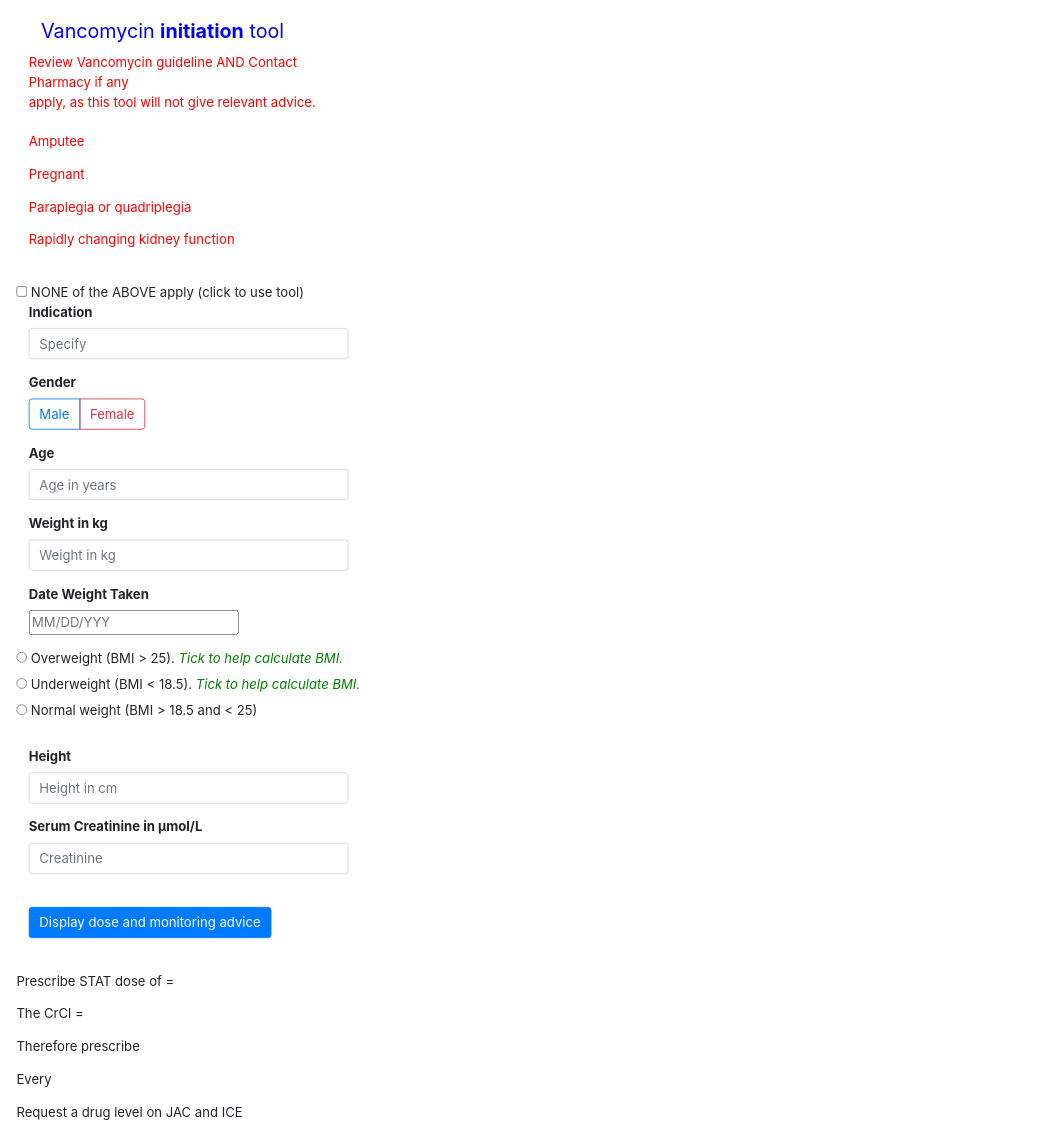
Repository: Mismiles/project-clinical-calculator
Page: index.html
The author's editor kept a record of every edit. The page is drawn from the files as they stood at one moment, then again after the next edit.
The browser window is 1280 px wide. The pictures show the whole page, at 82% of full size.

Above is the page before.

### index.html
<!doctype html>
<html lang="en">
  <head>
    <!-- Required meta tags -->
    <meta charset="utf-8">
    <meta name="viewport" content="width=device-width, initial-scale=1, shrink-to-fit=no">

    <!-- Bootstrap CSS -->
    <link rel="stylesheet" href="https://stackpath.bootstrapcdn.com/bootstrap/4.3.1/css/bootstrap.min.css" integrity="sha384-ggOyR0iXCbMQv3Xipma34MD+dH/1fQ784/j6cY/iJTQUOhcWr7x9JvoRxT2MZw1T" crossorigin="anonymous">

    <!-- Custom CSS -->
    <link href="css/stylesheet.css" rel="stylesheet">

    <title>Vancomycin calculation tool</title>

  </head>
  <body>

<form name="vanc">
<fieldset>

<!-- Form Name -->
<legend>Vancomycin <b>initiation</b> tool</legend>

<!-- Parameters -->
  <div class="col-lg-4 statement" for="parameters" style="color:red">Review Vancomycin guideline AND Contact Pharmacy if any<br> apply, as this tool will not give relevant advice.
    <br>
    <br>
    <p>Amputee</p>
    <p>Pregnant</p>
    <p>Paraplegia or quadriplegia</p>
    <p>Rapidly changing kidney function</p>
	</div>


<!-- Safe to use tool-->
	<br>
      <input type="checkbox" name="parameters" id="showform" onclick="displayForm()">
      NONE of the ABOVE apply (click to use tool)
  </div>
</div>


<section id='vancform'>
<!-- Indication-->
<div class="form-group">
  <label class="col-md-4 control-label" for="indication"><b>Indication</b></label>
  <div class="col-md-4">
  <input id="indication" name="indication" type="text" autocomplete="off" placeholder="Specify" class="form-control input-md" required="">
  </div>
</div>

<!-- Gender -->
<div class="form-group" required="">
  <label class="col-md-4 control-label" for="gender"><b>Gender</b></label>
  <div class="col-md-4">
   <div class="btn-group btn-group-toggle" data-toggle="buttons">
  <label class="btn btn-outline-primary">
    <input type="radio" name="options" id="male" autocomplete="off"> Male
  </label>
  <label class="btn btn-outline-danger">
    <input type="radio" name="options" id="female" autocomplete="off"> Female
  </label>
</div>
  </div>
</div>

<!-- Age-->
<div class="form-group">
  <label class="col-md-4 control-label" for="age"><b>Age</b></label>
  <div class="col-md-4">
  <input id="age" name="age" type="text" maxlength="3" placeholder="Age in years" autocomplete="off" class="form-control input-md" required="">
  </div>
</div>

<!-- Weight-->
<div class="form-group">
  <label class="col-md-4 control-label" for="weight"><b>Weight in kg</b></label>
  <div class="col-md-4">
  <input id="weight" name="weight" type="text" maxlength="3" placeholder="Weight in kg" autocomplete="off" class="form-control input-md" required="">
</div>
</div>

<!-- Date picker-->
<div class="form-group"> <!-- Date input -->
        <label class="col-md-4 control-label" for="date"><b>Date Weight Taken</b></label>
          <div class="col-md-4">
        <input id="form-control input-md date" name="date" autocomplete="off" placeholder="MM/DD/YYY" type="text"/>
          </div>
</div>

  <div class="checkbox">
    <label for="parameters-0">
      <input type="radio" name="parameters" id="overweight" value="" onclick="displayHeight()">
      Overweight (BMI &gt; 25). <span style="color:green"><i>Tick to help calculate BMI.</i></span>
    </label>
	</div>
  <div class="checkbox">
    <label for="parameters-1">
      <input type="radio" name="parameters" id="underweight" value="" onclick="displayHeight()">
      Underweight (BMI &lt; 18.5). <span style="color:green"><i>Tick to help calculate BMI.</i></span>
    </label>
	</div>
	 <div class="checkbox">
    <label for="parameters-1">
      <input type="radio" name="parameters" id="normalweight" value="" onclick="displayHeight()">
      Normal weight (BMI &gt; 18.5 and &lt; 25)
    </label>
	</div>
</div>
</div>

<br>
<!-- Height-->
<section id="heightbox">
<div class="form-group">
  <label class="col-md-4 control-label" for="height"><b>Height</b></label>
  <div class="col-md-4">
  <input id="height" name="height" type="text" maxlength="3" autocomplete="off" placeholder="Height in cm" class="form-control input-md" required>
  </div>
</div>
</section>

<!-- Creatinine-->
<div class="form-group">
  <label class="col-md-4 control-label" for="creatinine"><b>Serum Creatinine in µmol/L</b></label>
  <div class="col-md-4">
  <input id="creatinine" name="creatinine" type="text" autocomplete="off" maxlength="3" placeholder="Creatinine" class="form-control input-md" data-bind="value:replyNumber" required="">

  </div>
</div>

<!-- Button -->
<div class="form-group">
  <label class="col-md-4 control-label" for="calculate"></label>
  <div class="col-md-4">
    <script type="text/javascript" src="js/calculation.js"></script>
    <button id="calc" name="calculate" type="submit" class="btn btn-primary" onclick="getAdvice" >Display dose and monitoring advice</button>
  </div>
</div>

</fieldset>
</form>

<br>
<p id="output_text">Prescribe STAT dose of =</p>
<p id="output_text">The CrCl =</p>
<p id="output_text">Therefore prescribe</p>
<p id="output_text">Every <b></b></p>
<p id="output_text">Request a drug level on JAC and ICE</p>
</section>

<!-- Image carousel -->
  <div id="carouselExampleIndicators" class="carousel slide row" data-ride="carousel">
  <ol class="carousel-indicators">
    <li data-target="#carouselExampleIndicators" data-slide-to="0" class="active"></li>
    <li data-target="#carouselExampleIndicators" data-slide-to="1"></li>
    <li data-target="#carouselExampleIndicators" data-slide-to="2"></li>
    <li data-target="#carouselExampleIndicators" data-slide-to="3"></li>
    <li data-target="#carouselExampleIndicators" data-slide-to="4"></li>
    <li data-target="#carouselExampleIndicators" data-slide-to="5"></li>
    <li data-target="#carouselExampleIndicators" data-slide-to="6"></li>
    <li data-target="#carouselExampleIndicators" data-slide-to="7"></li>
    <li data-target="#carouselExampleIndicators" data-slide-to="8"></li>
    <li data-target="#carouselExampleIndicators" data-slide-to="9"></li>
  </ol>
  <div class="carousel-inner">
    <div class="carousel-item active">
      <img class="d-block w-60" src="images/vanc1.jpg" alt="First slide">
    </div>
    <div class="carousel-item">
      <img class="d-block w-60" src="images/app1.jpg" alt="Second slide">
    </div>
    <div class="carousel-item">
      <img class="d-block w-60" src="images/app2.jpg" alt="Third slide">
    </div>
    <div class="carousel-item">
      <img class="d-block w-60" src="images/app3.jpg" alt="Fourth slide">
    </div>
    <div class="carousel-item">
      <img class="d-block w-60" src="images/app41.jpg" alt="Fifth slide">
    </div>
    <div class="carousel-item">
      <img class="d-block w-60" src="images/app42.jpg" alt="Sixth slide">
    </div>
     <div class="carousel-item">
      <img class="d-block w-60" src="images/app43.jpg" alt="Seventh slide">
    </div>
     <div class="carousel-item">
      <img class="d-block w-60" src="images/app5.jpg" alt="Eigth slide">
     </div>
     <div class="carousel-item">
      <img class="d-block w-60" src="images/app6.jpg" alt="Ninth slide">
     </div>
  </div>

  <a class="carousel-control-prev" href="#carouselExampleIndicators" role="button" data-slide="prev">
    <span class="carousel-control-prev-icon" aria-hidden="true"></span>
    <span class="sr-only">Previous</span>
  </a>
  <a class="carousel-control-next" href="#carouselExampleIndicators" role="button" data-slide="next">
    <span class="carousel-control-next-icon" aria-hidden="true"></span>
    <span class="sr-only">Next</span>
  </a>
</div>


    <!-- jQuery first, then Popper.js, then Bootstrap JS -->
    <script src="https://code.jquery.com/jquery-3.3.1.slim.min.js" integrity="sha384-q8i/X+965DzO0rT7abK41JStQIAqVgRVzpbzo5smXKp4YfRvH+8abtTE1Pi6jizo" crossorigin="anonymous"></script>
    <script src="https://cdnjs.cloudflare.com/ajax/libs/popper.js/1.14.7/umd/popper.min.js" integrity="sha384-UO2eT0CpHqdSJQ6hJty5KVphtPhzWj9WO1clHTMGa3JDZwrnQq4sF86dIHNDz0W1" crossorigin="anonymous"></script>
    <script src="https://stackpath.bootstrapcdn.com/bootstrap/4.3.1/js/bootstrap.min.js" integrity="sha384-JjSmVgyd0p3pXB1rRibZUAYoIIy6OrQ6VrjIEaFf/nJGzIxFDsf4x0xIM+B07jRM" crossorigin="anonymous"></script>

        <!-- Calulation JavaScript Code-->
    <script type="text/javascript" href="js/calculation.js"></script>

  </body>
</html>

### css/stylesheet.css
body {
    position: relative;
    font-size: 1em;
    margin-left: 20px;
    margin-top: 20px;

}

legend {
    padding-left: 30px;
    color: blue;
}

.parameters {
 border-style: solid;
 border-color: green;
 white-space: nowrap;
 width: 470px;
 overflow: hidden;
 text-overflow: ellipsis;
  }


.height{
  display: none !important;
}

.svancform {
  display: none !important;
}

.carousel {
  width:740px;
  height:860px;
  display: none !important;
}

### js/calculation.js
    //declare global variables
    var age = document.forms["vanc"]["age"].value;
    var weight = document.forms["vanc"]["weight"].value;
    var height = document.forms["vanc"]["height"].value;
    var creatinine = document.forms["vanc"]["creatinine"].value;
    // var male = document.forms["vanc"]["gender"].male;
    // var female = document.forms["vanc"]["gender"].female;
    var bmi = weight/(height/100*height/100);

    console.log('connected');

    // this function displays the form when the checkbox is true
    function displayForm() {
        var checkbox = document.getElementById('showform');
        var vancform = document.getElementById('vancform');

        if (checkbox.checked) {
            vancform.style.display = 'block';
        } else {
            vancform.style.display = 'none';
        }
    }

    //this function displays the height box if under OR overweight is slected
    function displayHeight() {
        var underWeight = document.getElementById('underweight');
        var overWeight = document.getElementById('overweight');
        var heightbox = document.getElementById('heightbox')
        var normalweight = document.getElementById('normalweight')

        if (underWeight.checked) {
            heightbox.style.display = 'block';
        } else if (overWeight.checked) {
            heightbox.style.display = 'block';
        } else if (normalweight.checked) {
            heightbox.style.display = 'none';
        }
    }


        // Initial dose calculation
        var vDose;

        function dose() {
            //get the input

            if (isNaN(weight)) {
                outputText = "<em>Weight</em>must be a number!";
            } else if (weight < 40) {
                vDose = 750;
            } else if (weight >=40 && weight<= 59) {
                vDose = 1000;
            } else if (weight >=60 && weight<= 90) {
                vDose = 1500;
            } else if (weight >59) {
                vDose = 2000;
            }
            document.getElementById("output_text").innerHTML = vDose;
        }


        // Crcl without gender or creatinine adjustment
        var outputText;

        function CrCl0() {
            // male = document.getElementById("gender").value = "M";
            // female = document.getElementById("gender").value = "F";

            // validate age, weight, creatinie
            if (age < 18) {
                outputText = "<em>Age</em> cannot equal less than 18!";
            } else if (isNaN(age)) {
                outputText = "<em>Age</em> must be a number!";
            } else if (isNaN(weight)) {
                outputText = "<em>Weight</em> must be a number!";
            } else if (isNaN(creatinine)) {
                outputText = "<em>Creatinine</em> must be a number!";
            } else {
                var CrCl0 = ((140-age)*weight);
            }

            // output the result (or errors)
            document.getElementById("output_text").innerHTML = outputText;
        }

        // CrCl with gender adjustment
        function kidneygender(){
        var resultG;
            if (male){
                resultG = CrCl0 *1.23;
            } else{
                resultG = CrCl0 *1.04;
            }


        // CrCl with creatinine
        function CrCl(){
        var creatinine = document.forms["vanc"]["creatine"].value;
        var CrCl = resultG/creatinine;
        }


        //Calculate of BMI
        function bmi() {
            var bmi = weight/(height/100*height/100)
        }

        //If overweight, calculate IBW
        function overWeight () {
            if (bmi > 25 && male) {
                 50+(0.91*(height-152.4));
            }
            else if (bmi > 25) {
                 45+(0.91*(height-152.4));
            }
        }

        //

        //If Underweight, adjust CrCl
        function underweight(){
            var underweight;
            underweight = CrCl*0.69;
        }
    }

After the next edit:
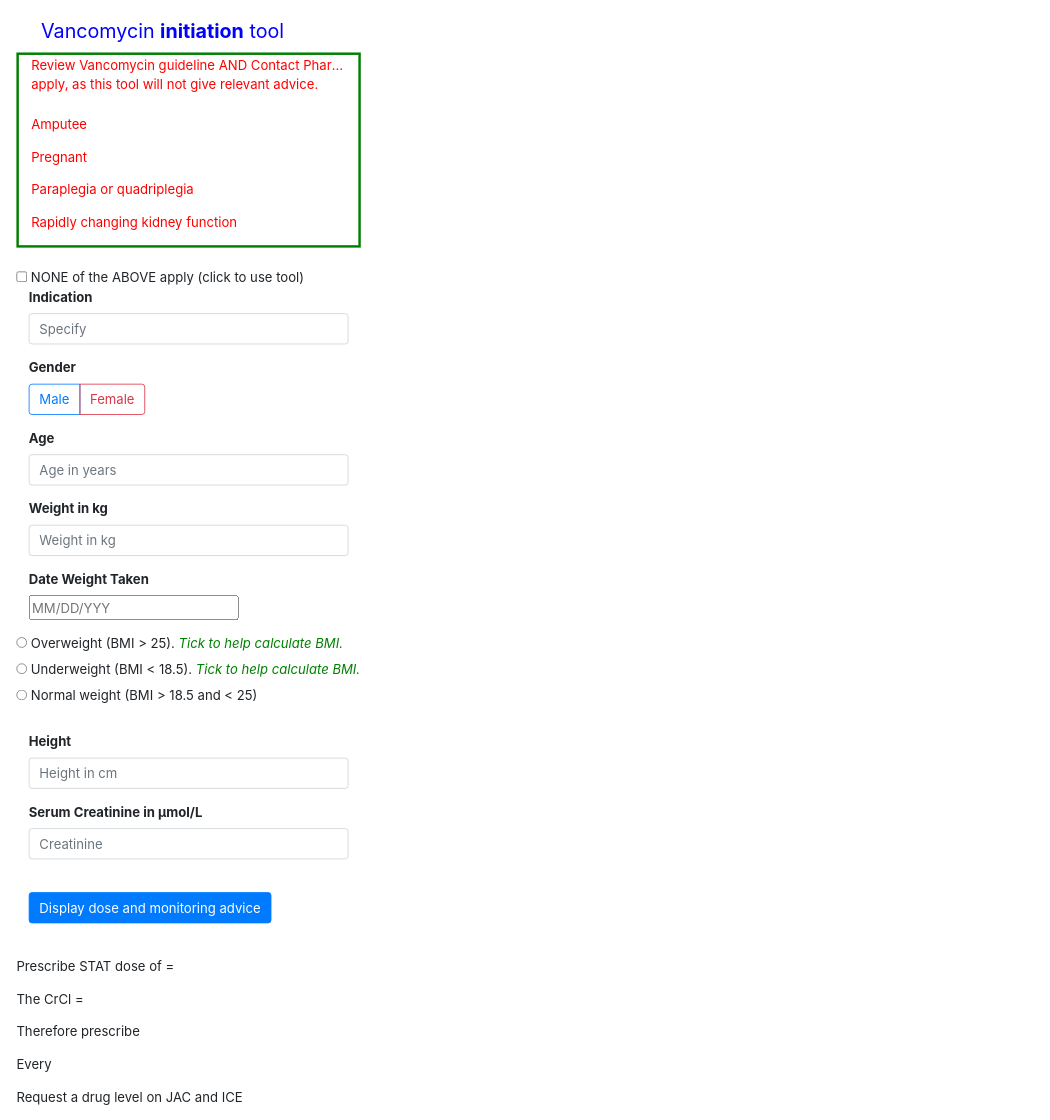
The edit:
--- a/css/stylesheet.css
+++ b/css/stylesheet.css
@@ -11,7 +11,7 @@
     color: blue;
 }
 
-.parameters {
+.statement {
  border-style: solid;
  border-color: green;
  white-space: nowrap;
